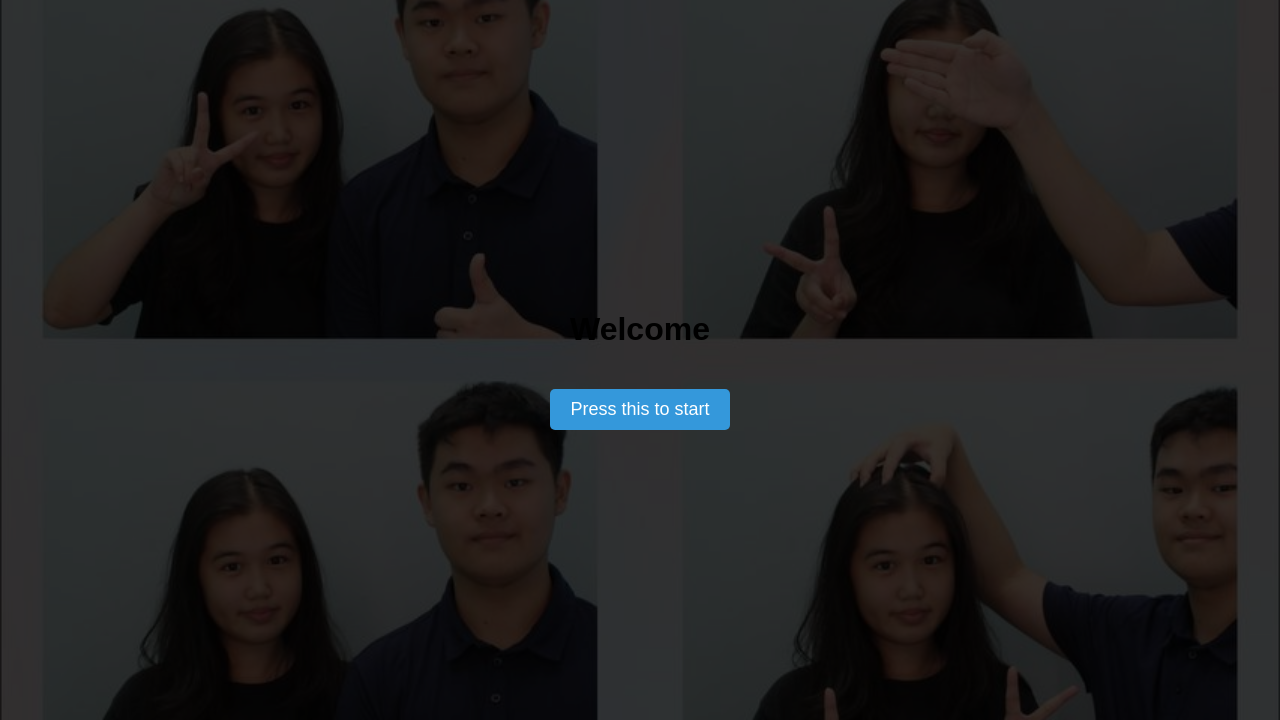
Repository: SnakeXrnt/project-cnf
Page: index.html
These files come from the project's save history. The page is drawn as it stood at one moment and after a run of saves; the edit follows.
The browser window is 1280 px wide. The pictures show the whole page.
Some web fonts or font styles are not loaded; a fallback is used.

Above is the page before, as saved 2024-06-22 14:29:12.

After the next 2 saves:
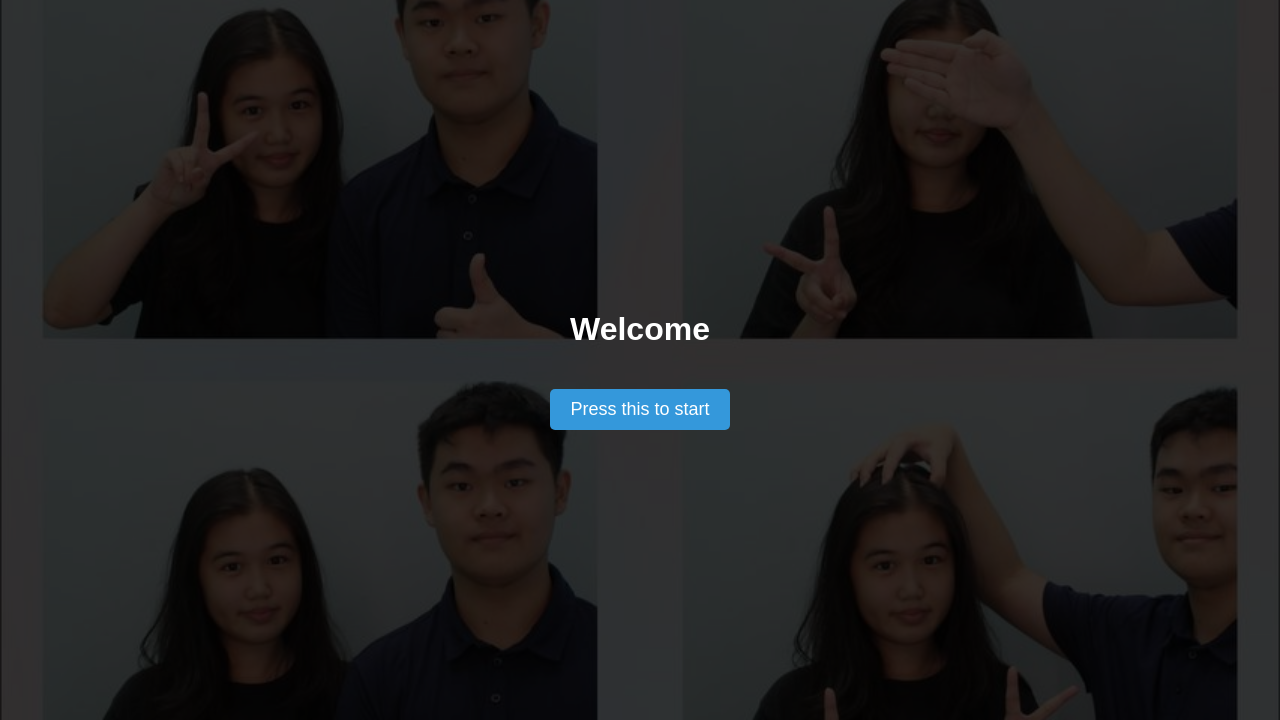
The 2 saves are shown as one change because they came seconds apart.
The last was saved 38 s later.
--- a/style.css
+++ b/style.css
@@ -158,3 +158,7 @@ button.ready h2 {
 .greetings2 p {
     font-family: "Playfair Display", serif;
 }
+
+h1, p {
+    color: white;
+}
